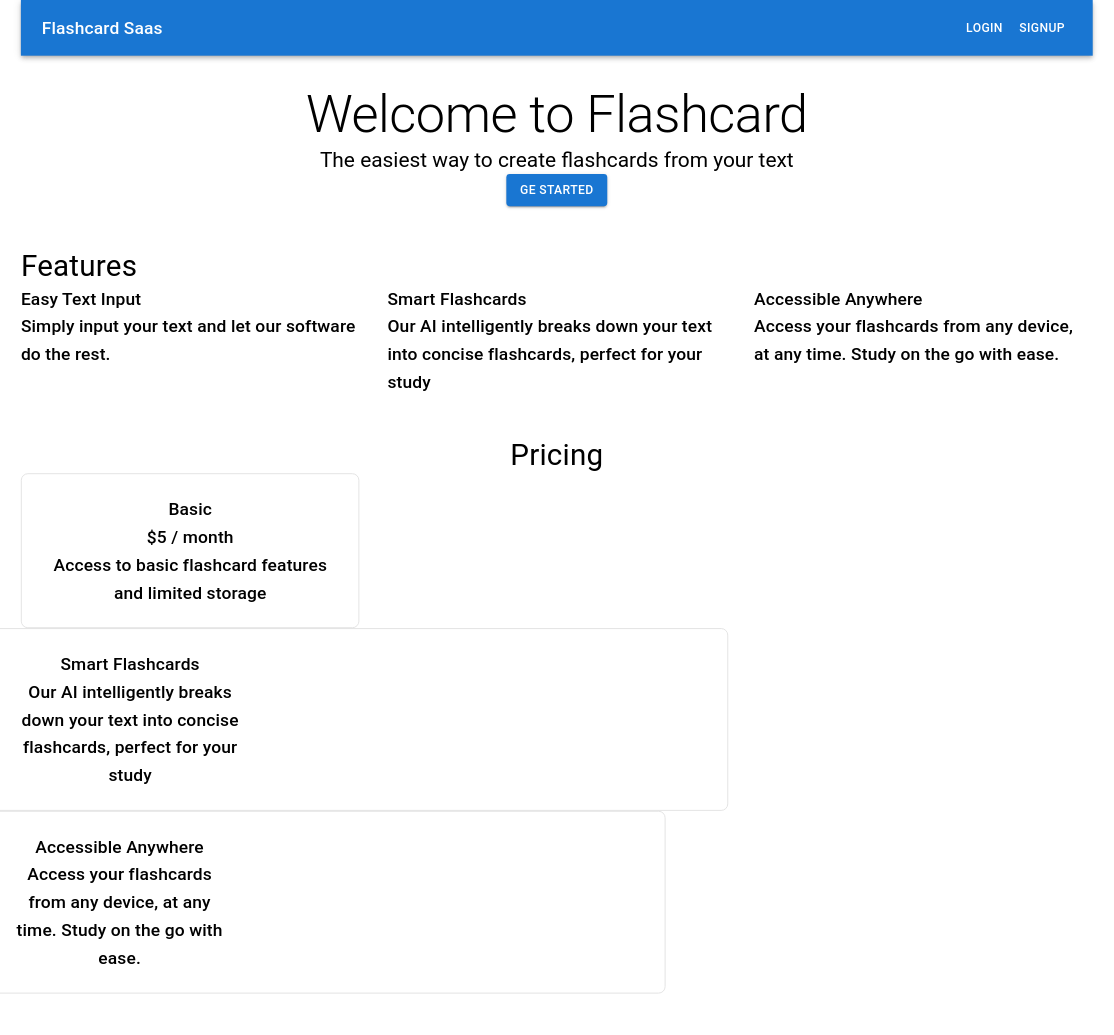
Repository: rakeshpuppala2590/AI-Flashcards-Stripe
Page: /
These files come from the project's save history. The page is drawn as it stood at one moment and after the next save; the edit follows.
The browser window is 1280 px wide. The pictures show the whole page, at 87% of full size.
The page's requests for data from a server got no answer. The project was rebuilt for these pictures with package versions that can differ from the ones it lists, and the page was loaded fresh each time. Some packages were replaced by stand-ins written for this rebuild. The framework's server and built-in components were replaced by stand-ins that run in the browser. No one was signed in, and anything a server would have sent is missing. Also part of the build but not shown: next.config.mjs.

Above is the page before, as saved 2024-08-12 15:09:18.

### src/app/page.js
import getStripe from "../../utils/get-stripe";
import { SignedIn, SignedOut, UserButton } from "@clerk/nextjs";
import Head from "next/head";
import {
  Grid,
  AppBar,
  Button,
  Container,
  Toolbar,
  Typography,
  Box,
} from "@mui/material";

export default function Home() {
  return (
    <Container maxWidth="100vW">
      <Head>
        <title>Flashcard Saas</title>
        <meta
          name="description"
          content="create flashcard from your text"
        ></meta>
      </Head>

      <AppBar position="static">
        <Toolbar>
          <Typography variant="h6" style={{ flexGrow: 1 }}>
            Flashcard Saas
          </Typography>
          <SignedOut>
            <Button color="inherit">Login</Button>
            <Button color="inherit">SignUp</Button>
          </SignedOut>
          <SignedIn>
            <Button>Logout</Button>
          </SignedIn>
        </Toolbar>
      </AppBar>

      <Box
        sx={{
          textAlign: "center",
          my: 4,
        }}
      >
        <Typography variant="h2">Welcome to Flashcard</Typography>
        <Typography variant="h5">
          {" "}
          The easiest way to create flashcards from your text
        </Typography>
        <Button variant="contained" color="primary">
          Ge Started
        </Button>
      </Box>
      <Box sx={{ my: 6 }}>
        <Typography variant="h4">Features</Typography>
        <Grid container spacing={4}>
          <Grid item xs={12} md={4}>
            {" "}
            <Typography variant="h6">Easy Text Input</Typography>
            <Typography variant="h6"> </Typography>
            <Typography variant="h6">
              Simply input your text and let our software do the rest.
            </Typography>
          </Grid>
          <Grid item xs={12} md={4}>
            {" "}
            <Typography variant="h6">Smart Flashcards</Typography>
            <Typography variant="h6"> </Typography>
            <Typography variant="h6">
              Our AI intelligently breaks down your text into concise
              flashcards, perfect for your study
            </Typography>
          </Grid>
          <Grid item xs={12} md={4}>
            {" "}
            <Typography variant="h6">Accessible Anywhere</Typography>
            <Typography variant="h6"> </Typography>
            <Typography variant="h6">
              Access your flashcards from any device, at any time. Study on the
              go with ease.
            </Typography>
          </Grid>
        </Grid>
      </Box>
      <Box sx={{ my: 6, textAlign: "center" }}>
        <Typography variant="h4">Pricing</Typography>
        <Grid container spacing={4}>
          <Grid item xs={12} md={4}>
            <Box
              sx={{
                p: 3,
                border: "1px solid",
                borderColor: "grey.300",
                borderRadius: 2,
              }}
            >
              <Typography variant="h6">Basic</Typography>
              <Typography variant="h6">$5 / month </Typography>
              <Typography variant="h6">
                {" "}
                Access to basic flashcard features and limited storage
              </Typography>
            </Box>
          </Grid>
          <Box
            sx={{
              p: 3,
              border: "1px solid",
              borderColor: "grey.300",
              borderRadius: 2,
            }}
          >
            <Grid item xs={12} md={4}>
              {" "}
              <Typography variant="h6">Smart Flashcards</Typography>
              <Typography variant="h6"> </Typography>
              <Typography variant="h6">
                Our AI intelligently breaks down your text into concise
                flashcards, perfect for your study
              </Typography>
            </Grid>
          </Box>
          <Box
            sx={{
              p: 3,
              border: "1px solid",
              borderColor: "grey.300",
              borderRadius: 2,
            }}
          >
            <Grid item xs={12} md={4}>
              {" "}
              <Typography variant="h6">Accessible Anywhere</Typography>
              <Typography variant="h6"> </Typography>
              <Typography variant="h6">
                Access your flashcards from any device, at any time. Study on
                the go with ease.
              </Typography>
            </Grid>
          </Box>
        </Grid>
      </Box>
    </Container>
  );
}

### utils/get-stripe.js
import { loadStripe } from "@stripe/stripe-js";
let stripePromise;
const getStripe = () => {
  if (!stripePromise) {
    stripePromise = loadStripe(process.env.NEXTJS_PUBLIC_STRIPE_PULIC_KEY);
  }
  return stripePromise;
};
export default getStripe;

Loaded but not shown: src/app/layout.js (common file); src/app/globals.css (common file); tailwind.config.js (common file)

After the next save:
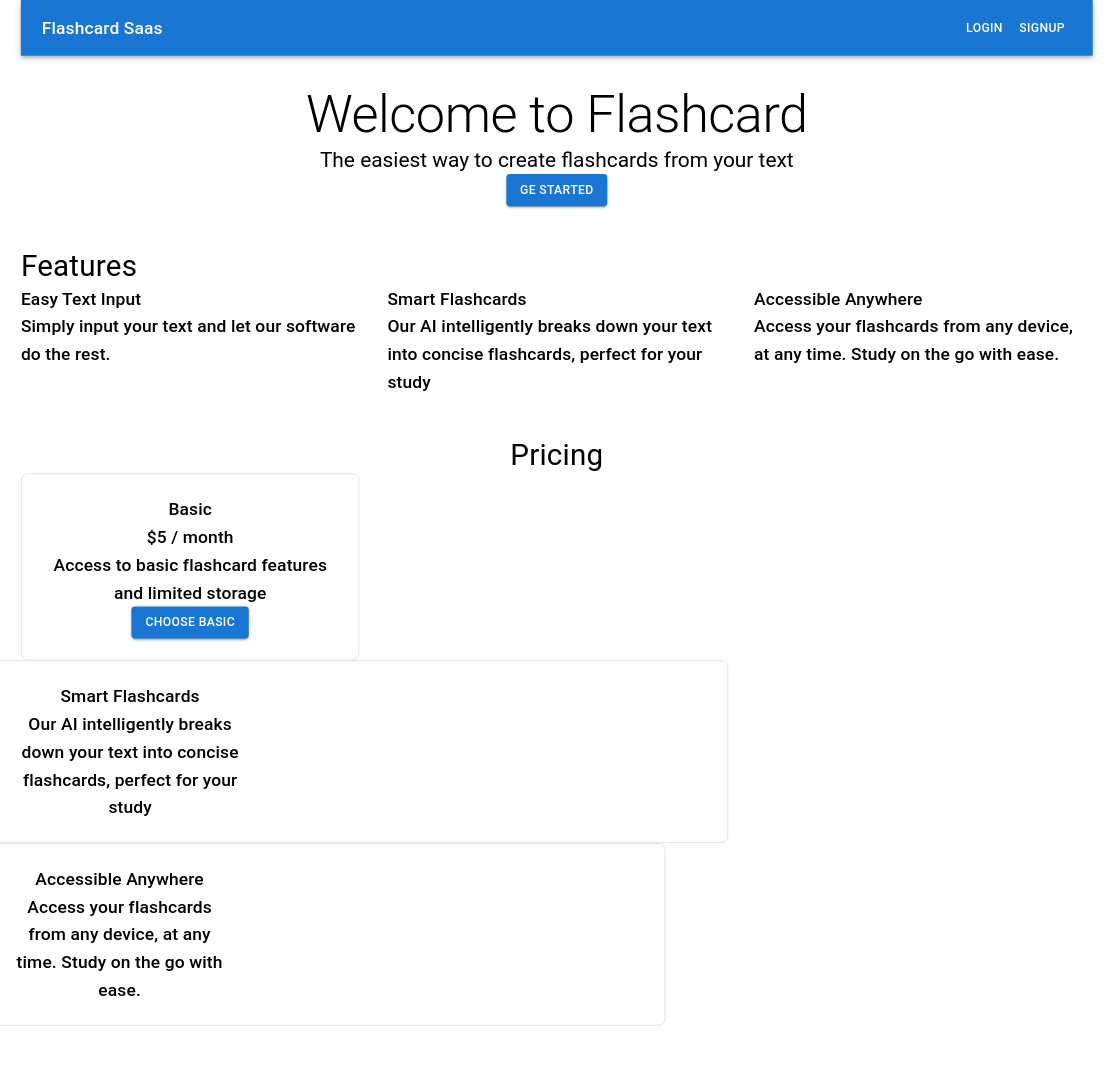
Saved 34 s later.
--- a/src/app/page.js
+++ b/src/app/page.js
@@ -101,6 +101,9 @@ export default function Home() {
                 {" "}
                 Access to basic flashcard features and limited storage
               </Typography>
+              <Button variant="contained" color="primary">
+                Choose Basic
+              </Button>
             </Box>
           </Grid>
           <Box
